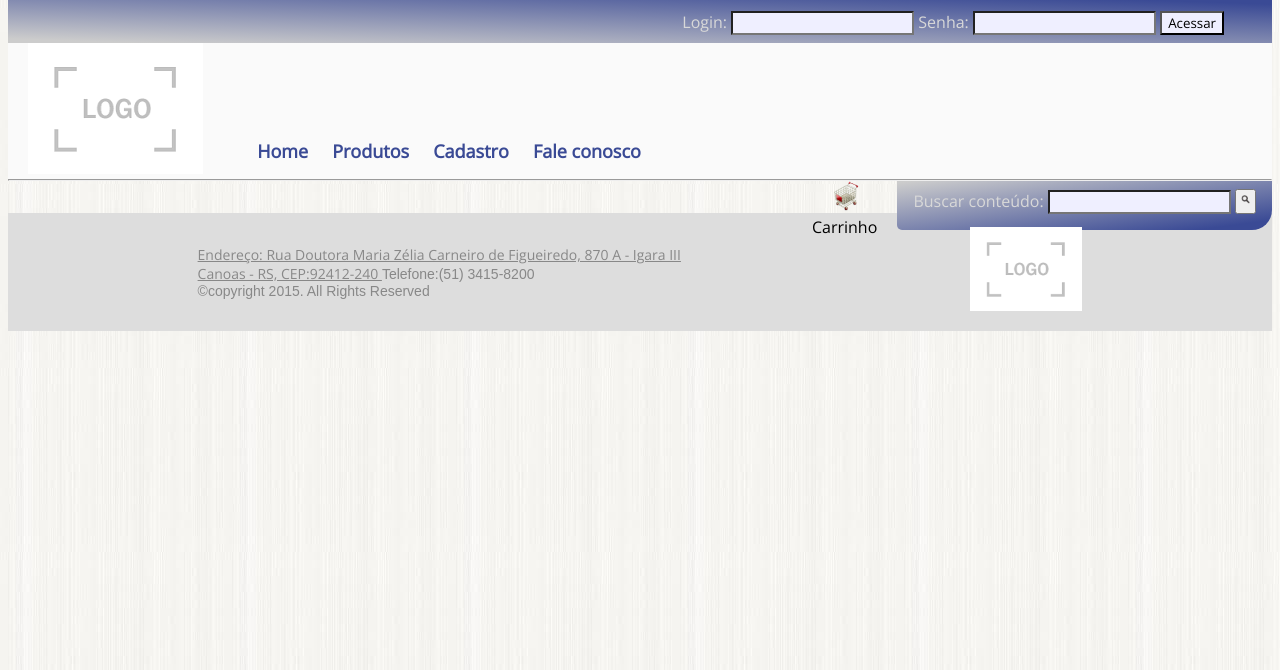
Repository: lauroPereira/study
Page: TrabalhoFinalWebMVC/index.html
The author's editor kept a copy of each file at every save. The page is drawn from the files as they stood at one save, then again after the next save.
The browser window is 1280 px wide. The pictures show the whole page.

Above is the page before, as saved 2016-06-14 04:04:43.

After the next save:
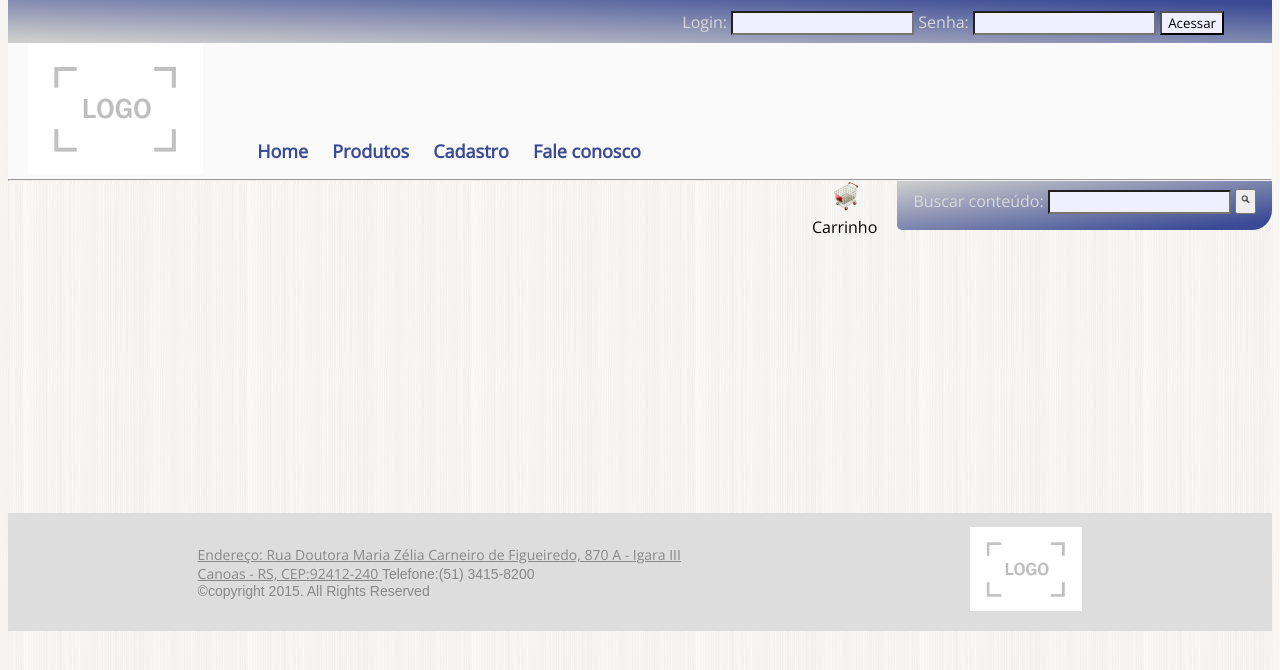
Saved 31 s later.
--- a/TrabalhoFinalWebMVC/index.html
+++ b/TrabalhoFinalWebMVC/index.html
@@ -45,7 +45,8 @@
 			</div>
 		</div>
 	</div>
-
+	<div id="conteudo">
+	</div>
 	<div id="rodape">
 		<div class="central">
 			<a
